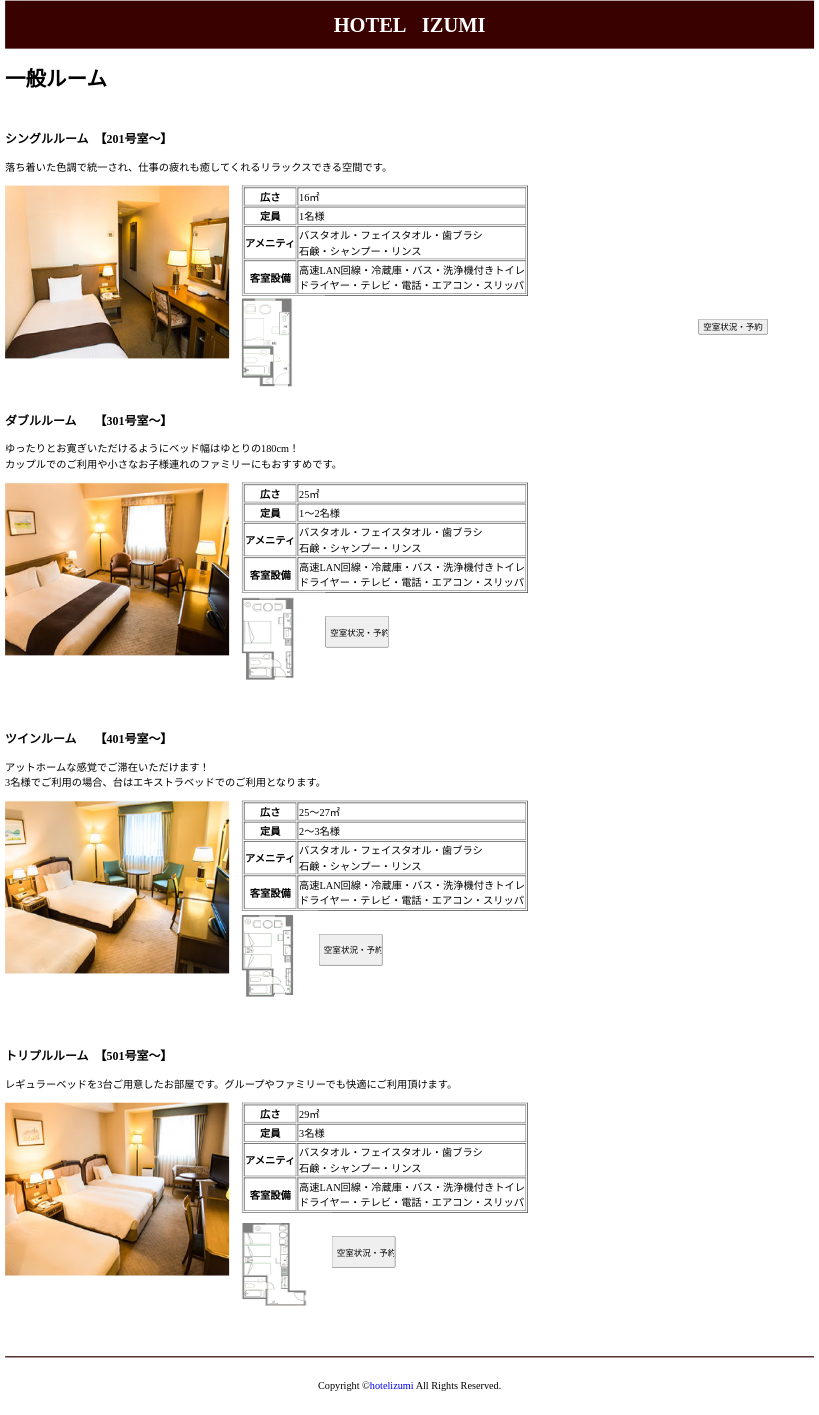
Repository: sep-dev/hotel_site
Page: http://localhost/HOTEL_IZUMI/general
These files come from the project's save history. The page is drawn as it stood at one moment and after the next save; the edit follows.
The browser window is 1280 px wide. The pictures show the whole page, at 64% of full size.
The page is served by Tomcat 9. Other server files are loaded and not shown.

Above is the page before, as saved 2016-05-25 04:51:59.

### HOTEL_IZUMI/src/main/webapp/WEB-INF/views/general.jsp
<!DOCTYPE html>
<%@ page language="java" contentType="text/html; charset=UTF-8" pageEncoding="UTF-8"%>
<%@ taglib prefix="form" uri="http://www.springframework.org/tags/form" %>
<!--  http://www.aspen-hotel.co.jp/room/ を参考   -->
<html>
  <head>
    <meta http-equiv="Content-Type" content="text/html; charset=Shift_JIS">
    <title>客室のご案内</title>
    <style type="text/css">
      div.example img {
        margin: 0px 20px 0px 0px;
      }
      <%@include file="../css/style.css" %>
    </style>
  </head>
  <body>
   <form>
    <div id="header">
      <div id="header h1"><h1><a HREF="http://localhost:8080/Izumi/top" STYLE="text-decoration:none"><font color="#FFFFFF">HOTEL&nbsp;&nbsp;&nbsp;IZUMI</font></a></h1></div>
    </div>


      <h1>一般ルーム</h1><br>
      <h3>シングルルーム　【201号室～】</h3>
      落ち着いた色調で統一され、仕事の疲れも癒してくれるリラックスできる空間です。<br><br>
      <div class="example">
        <img src="./resources/picture/ph01.jpg" alt="サンプル図" width="350" height="270"  align="left" >
      </div>
      <table border="1" >
        <tr>
          <th>広さ</th>
          <td>16㎡</td>
        </tr>
        <tr>
          <th>定員</th>
          <td>1名様</td>
        </tr>
        <tr>
          <th rowspan="2">アメニティ</th>
          <td rowspan="2">バスタオル・フェイスタオル・歯ブラシ<br>石鹸・シャンプー・リンス</td>
        </tr>
        <tr>
        </tr>
        <tr>
          <th rowspan="2">客室設備</th>
          <td rowspan="2">高速LAN回線・冷蔵庫・バス・洗浄機付きトイレ<br>ドライヤー・テレビ・電話・エアコン・スリッパ</td>
        </tr>
        <tr>
        </tr>
      </table>

      <img src="./resources/picture/ph01_shw1.png" alt="間取り図" width="130" height="146" align="left" ><br><br>

      <button class="button1" type="submit" style="position: absolute; right: 80px;">空室状況・予約</button><br><br><br><br><br><br><br>

      <h3>ダブルルーム　　【301号室～】</h3>
      ゆったりとお寛ぎいただけるようにベッド幅はゆとりの180cm！<br>カップルでのご利用や小さなお子様連れのファミリーにもおすすめです。<br><br>
      <div class="example">
        <img src="./resources/picture/ph04.jpg" alt="サンプル図" width="350" height="270"  align="left" >
      </div>
      <table border="1" >
        <tr>
          <th>広さ</th>
          <td>25㎡</td>
        </tr>
        <tr>
          <th>定員</th>
          <td>1～2名様</td>
        </tr>
        <tr>
          <th rowspan="2">アメニティ</th>
          <td rowspan="2">バスタオル・フェイスタオル・歯ブラシ<br>石鹸・シャンプー・リンス</td>
        </tr>
        <tr>
        </tr>
        <tr>
          <th rowspan="2">客室設備</th>
          <td rowspan="2">高速LAN回線・冷蔵庫・バス・洗浄機付きトイレ<br>ドライヤー・テレビ・電話・エアコン・スリッパ</td>
        </tr>
         <tr>
         </tr>
       </table>

       <img src="./resources/picture/ph04_shw1.png" alt="間取り図" width="130" height="146" align="left" ><br><br>

       <input type="submit" value="空室状況・予約" style="width:100px; height:50px" onClick=location.href="file:///C:/Users/urawakikosuke/Desktop/hotel/calender.html"><br><br><br><br><br><br><br>

       <h3>ツインルーム　　【401号室～】</h3>
       アットホームな感覚でご滞在いただけます！<br>3名様でご利用の場合、台はエキストラベッドでのご利用となります。<br><br>

       <div class="example">
         <img src="./resources/picture/ph06.jpg" alt="サンプル図" width="350" height="270"  align="left" >
       </div>
       <table border="1" >
         <tr>
           <th>広さ</th>
           <td>25～27㎡</td>
         </tr>
         <tr>
           <th>定員</th>
           <td>2～3名様</td>
         </tr>
         <tr>
            <th rowspan="2">アメニティ</th>
            <td rowspan="2">バスタオル・フェイスタオル・歯ブラシ<br>石鹸・シャンプー・リンス</td>
          </tr>
          <tr>
          </tr>
          <tr>
            <th rowspan="2">客室設備</th>
            <td rowspan="2">高速LAN回線・冷蔵庫・バス・洗浄機付きトイレ<br>ドライヤー・テレビ・電話・エアコン・スリッパ</td>
           </tr>
           <tr>
         </tr>
       </table>

        <img src="./resources/picture/ph06_shw1.png" alt="間取り図" width="120" height="146" align="left" >
        <br><br>

        <input type="submit" value="空室状況・予約" style="width:100px; height:50px" onClick=location.href="file:///C:/Users/urawakikosuke/Desktop/hotel/calender.html"><br><br><br><br><br><br><br>

        <h3>トリプルルーム　【501号室～】</h3>
        レギュラーベッドを3台ご用意したお部屋です。グループやファミリーでも快適にご利用頂けます。<br><br>
        <div class="example">
          <img src="./resources/picture/ph07.jpg" alt="サンプル図" width="350" height="270"  align="left" >
        </div>
        <table border="1" >
          <tr>
            <th>広さ</th>
            <td>29㎡</td>
          </tr>
          <tr>
            <th>定員</th>
            <td>3名様</td>
          </tr>
          <tr>
            <th rowspan="2">アメニティ</th>
            <td rowspan="2">バスタオル・フェイスタオル・歯ブラシ<br>石鹸・シャンプー・リンス</td>
          </tr>
          <tr>
          </tr>
          <tr>
            <th rowspan="2">客室設備</th>
            <td rowspan="2">高速LAN回線・冷蔵庫・バス・洗浄機付きトイレ<br>ドライヤー・テレビ・電話・エアコン・スリッパ</td>
          </tr>
          <tr>
          </tr>
        </table>

        <img src="./resources/picture/ph07_shw1.png" alt="間取り図" width="140" height="146" align="left" ><br><br>

        <input type="submit" value="空室状況・予約" style="width:100px; height:50px" onClick=location.href="file:///C:/Users/urawakikosuke/Desktop/hotel/calender.html"><br><br><br><br><br><br><br>


        <div id="footer">
          <p id="copyright">Copyright &copy;<a href="http://hotelizumi.com">hotelizumi</a> All Rights Reserved.</p>
        </div>
    </form>
  </body>
</html>

### HOTEL_IZUMI/src/main/webapp/WEB-INF/views/common/header.jsp
<%@ taglib uri="http://java.sun.com/jsp/jstl/core" prefix="c" %>
<%@ taglib prefix="form" uri="http://www.springframework.org/tags/form"%>
<%@page language="java" contentType="text/html; charset=UTF-8" pageEncoding="UTF-8"%>
<%@ page contentType="text/html; charset=UTF-8"%>

### HOTEL_IZUMI/src/main/webapp/WEB-INF/css/style.css
html{
    margin: 0;
    margin-top:-20px;
    padding: 0;
    width:100%;
    height:100%;
}
.top{
	display:block;
	margin-left:auto;
	margin-right:auto;
}

#contents {
    top : 0px;
    padding : 10px;
    margin : 10px;
    text-align : center;
}

#contents img{
    padding-bottom:10px;
}

#contents button {
    font-size: 1.4em;
    font-weight: bold;
    padding: 10px 30px;
    background-color: #200;
    color: #ffffff;
    border-style: none;
}

#table{
    border:0;
    background-color:#CCCCCC;
    font-size:24px;
    color:#666666;
    width:200px;
}

#table3{
    border:0;
    background-color:#CCCCCC;
    font-size:24px;
    color:#666666;
    width:200px;
}

/*--------calender----------*/
#Sunday{
    text-align:center;
    width:200;
    height:40;
    background-color:#C7D8ED;
    color:#FF3300;
    padding:15px;
}
#MonFri{
    text-align:center;
    width:200;
    background-color:#C7D8ED;
    color:#666666;
    padding:15px;
}
#Saturday{
    text-align:center;
    width:200;
    background-color:#C7D8ED;
    color:#666666;
    padding:15px;
}
#Saturday2{
    text-align:center;
    width:200;
    background-color:#A6C0E1;
    color:#666666;
}
#Sunday2{
    text-align:center;
    height:40;
    background-color:#FFCC99;
    color:#666666;
}
#Weekday{
    text-align:center;
    background-color:#FFFFFF;
    color:#666666;
    width:200;
}
#publicholiday{
    text-align:center;
    background-color:#FF3300;
    color:#FFFFFF;
}
#table2 tr td{
    border:0;
    font-size:24px;
    color:#666666;
    width:400px;
}
#float{
    float:left;
}
/* --------------------------------------*/

#header {
    top: 0px;
    left: 0px;
    height: 75px;
    margin-right: auto;
    margin-left: auto;
    text-align : center;
    background-color : #3A0101;

}
#header h1{
    padding-top: 20px;
    font-family: 'Times New Roman', Times, serif;
 	color:#ffffff;
}


#top{
    font-size: 200%;
}

#oneset{
	padding-top: 10px;
	padding-bottom: 10px;

	border-width: thick;
	border-color: #999AAA;
	border-style: ridge;
}
#name
{
    text-align: center;
	font-size: 150%;
    font-family: 'Segoe UI', Tahoma, Geneva, Verdana, sans-serif;
    font-weight: bold;
    background-color: #999AAA;
    font-family: 'Times New Roman', Times, serif;

}
#message{
	color: #000000;
    padding-left: 300px;
	font-size: 150%;

	text-align: left; margin-left: 100px; margin-right: 0px; width: 1000px;
}


/*---------入力フォーム----------*/

#reservation{

    padding-top: 20px;
    margin-bottom:50px;
    font-family: 'Times New Roman', Times, serif;
 	color:#000000;
}

#form{
    margin-top:30px

}


button.button2 {
    float:right;
    font-size: 1.4em;
    font-weight: bold;
    padding: 30px 20px;
    background-color: #3A0101;
    color: #ffffff;
    border-style: none;
    font-family: 'Times New Roman', Times, serif;
    box-shadow:4px 4px #555;
}

/*
footer ------------------------------------------------------*/

#footer {
    margin-top:30px;
    border-top:2px solid #3A1010;
    padding-top:20px;
    padding-bottom:20px;
}

#footer p{
    text-align:center;
}
#footer p a{
    text-decoration: none;
}
#footborder hr{
    border-color:#3A1010;
    border-width:1px;
}

After the next save:
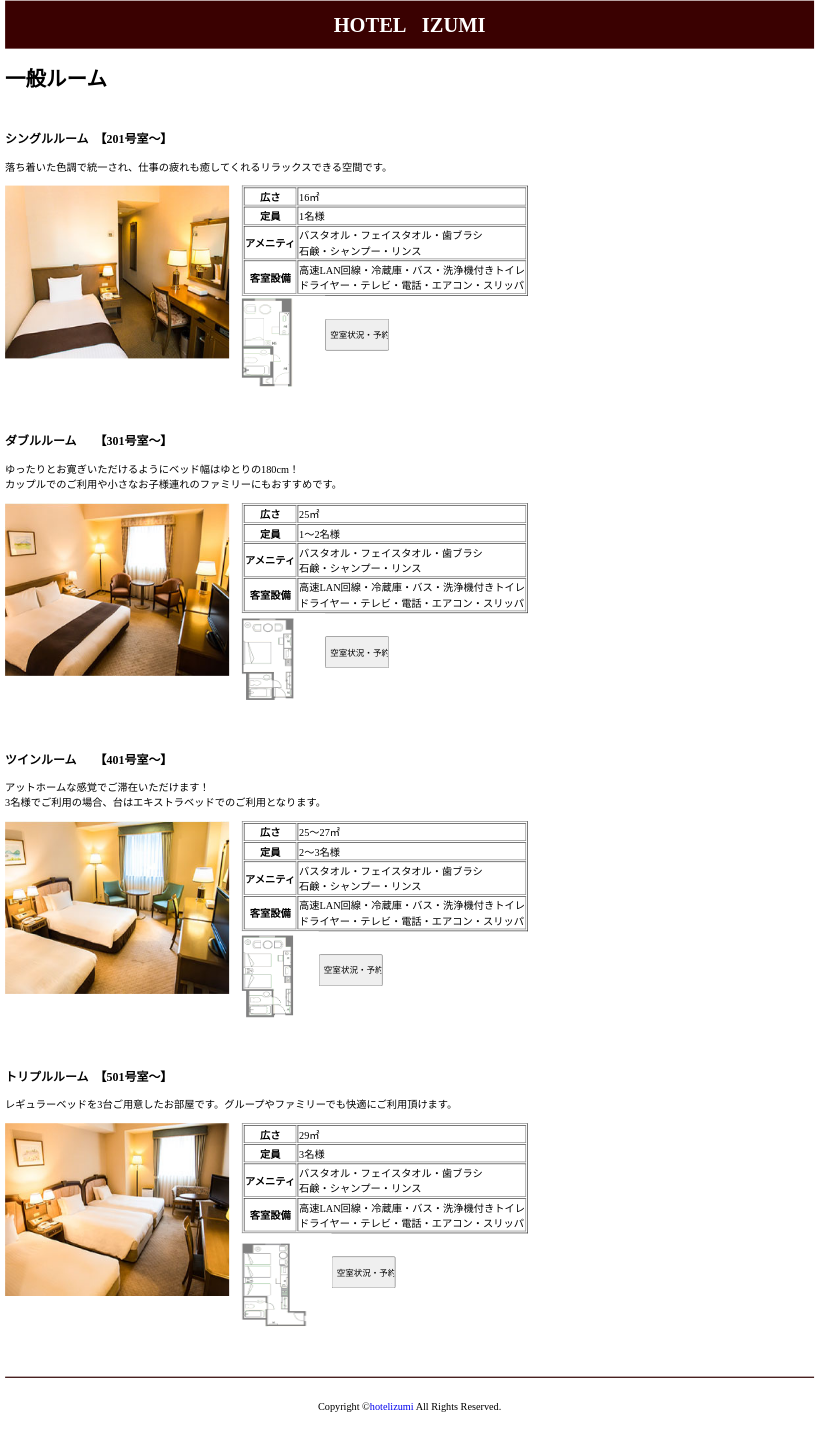
Saved 36 s later.
--- a/HOTEL_IZUMI/src/main/webapp/WEB-INF/views/general.jsp
+++ b/HOTEL_IZUMI/src/main/webapp/WEB-INF/views/general.jsp
@@ -51,7 +51,7 @@
 
       <img src="./resources/picture/ph01_shw1.png" alt="間取り図" width="130" height="146" align="left" ><br><br>
 
-      <button class="button1" type="submit" style="position: absolute; right: 80px;">空室状況・予約</button><br><br><br><br><br><br><br>
+      <input type="submit" value="空室状況・予約" style="width:100px; height:50px" onClick=location.href=""><br><br><br><br><br><br><br>
 
       <h3>ダブルルーム　　【301号室～】</h3>
       ゆったりとお寛ぎいただけるようにベッド幅はゆとりの180cm！<br>カップルでのご利用や小さなお子様連れのファミリーにもおすすめです。<br><br>
